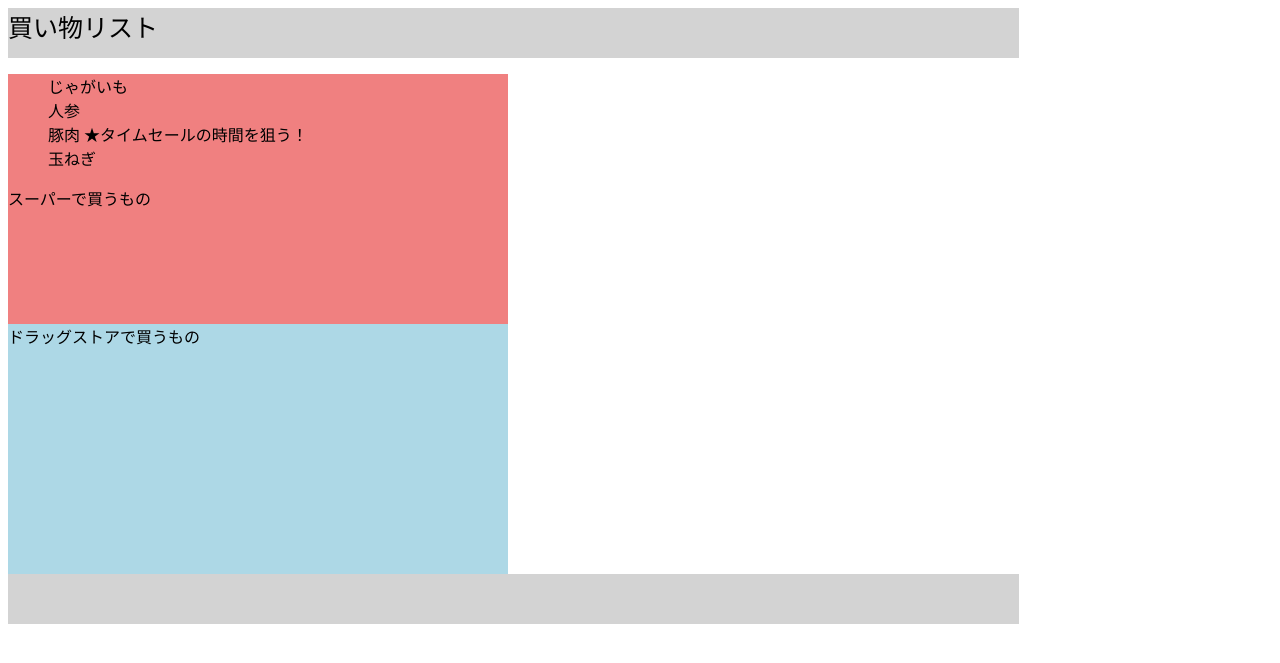
Repository: gorirawomen/first_app
Page: html_css/html_construction/index.html
The author's editor kept a record of every edit. The page is drawn from the files as they stood at one moment, then again after the next edit.
The browser window is 1280 px wide. The pictures show the whole page.

Above is the page before.

### html_css/html_construction/index.html
<!DOCTYPE HTML>
<html>
  <head>
    <meta charset="UTF-8">
    <title>html_construction</title>
    <link rel="stylesheet" href="style.css">
  </head>
  <body>
    <header>
      買い物リスト
    </header>
    <div class="contents">
      <div class="top-content">
          <ul class="lists">
          <li class="list">じゃがいも</li>
          <li class="list">人参</li>
          <li class="list">豚肉 ★タイムセールの時間を狙う！</li>
          <li class="list">玉ねぎ</li>
        </ul>
        スーパーで買うもの
      </div>
      <div class="bottom-content">
        ドラッグストアで買うもの
      </div>
    </div>
    <footer>
    </footer>
  </body>
</html>

### html_css/html_construction/style.css
header{
  height: 50px;
  width: 80%;
  font-size: 25px;
  background-color: lightgray;
}
.contents{
  width: 500px;
}

.top-content{
  height: 250px;
  width: 500px;
  background-color: lightcoral;
}

.bottom-content{
  height: 250px;
  width: 500px;
  background-color: lightblue;
}

.list{
  list-style: none;
}

.lists{
  width: 300px;
}

.featured{
  background-color: yellow;
}

footer{
  height: 50px;
  width: 80%;
  background-color:lightgray;
}

After the next edit:
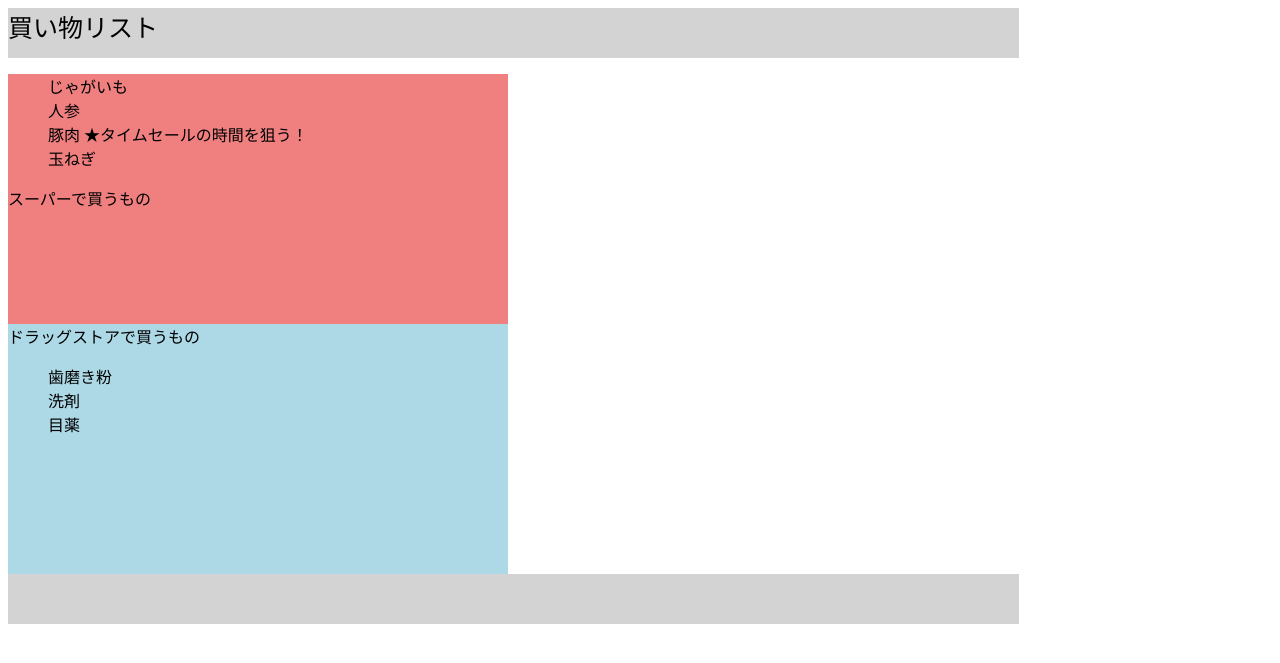
The edit:
--- a/html_css/html_construction/index.html
+++ b/html_css/html_construction/index.html
@@ -21,6 +21,11 @@
       </div>
       <div class="bottom-content">
         ドラッグストアで買うもの
+        <ul class="lists">
+          <li class="list">歯磨き粉</li>
+          <li class="list">洗剤</li>
+          <li class="list">目薬</li>
+        </ul>
       </div>
     </div>
     <footer>
